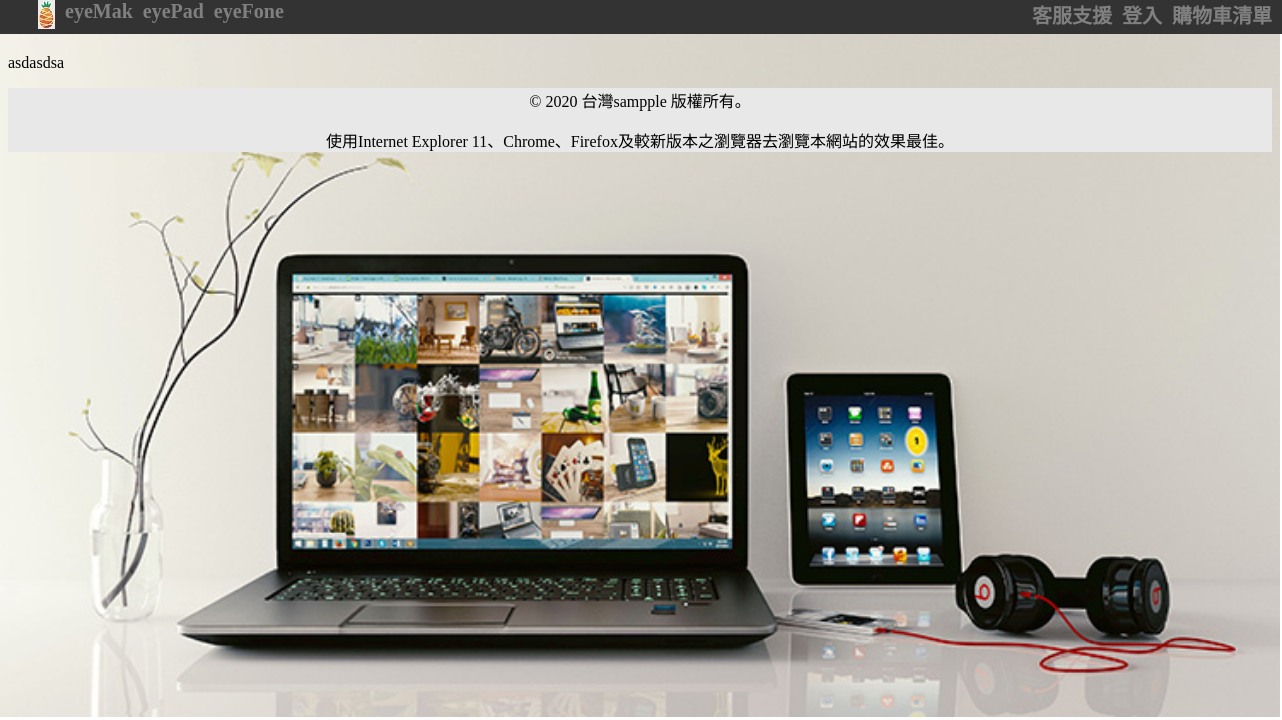
Repository: Vincent4142/NewFinalProject
Page: http://localhost/FinalProject/
The author's editor kept a copy of each file at every save. The page is drawn from the files as they stood at one save, then again after the next save.
The browser window is 1280 px wide. The page is 1282 px wide, so the pictures cover 1282 px, including what lies to the right of the window. The pictures show the whole page.
The page is served by Tomcat 9. Other server files are loaded and not shown.

Above is the page before, as saved 2020-04-09 06:06:54.

### FinalProject/WebContent/index.jsp
<%@ page language="java" contentType="text/html; charset=UTF-8"
	pageEncoding="UTF-8"%>

<!DOCTYPE html>
<html>
<head>
<meta charset="UTF-8">
<title>index</title>
<style type="text/css">
body {
	background-image: url(img/indexbackground.jpg);
	background-repeat: no-repeat;
	background-size: cover;
}


</style>
</head>
<body>

	<%@ include file="fragment/indexTOP.jsp"%>


	asdasdsa




	<%@ include file="fragment/indexBOTTOM.jsp"%>
</body>
</html>

### FinalProject/WebContent/fragment/indexTOP.jsp
<%@ page language="java" contentType="text/html; charset=UTF-8"
	pageEncoding="UTF-8"%>
<!DOCTYPE html>
<html>
<head>
<meta charset="UTF-8">
<title>indexTOP</title>

<style type="text/css">
.nav {
	margin-top: -20px;
	margin-left: -10px;
	margin-right: -10px;
	background-color: black;
}
/* 主UL */
.navul {
	background: rgba(255, 255, 255, 0.2);
	list-style-type: none;
	font-weight: bolder;
	font-size: 20px;
	overflow: auto;
}

.navul li {
	border-radius: 5px;
	margin-left: 0px;
	margin-right: 10px;
	float: left;
	display: block;
	position: static;
}

.navul li a {
	text-decoration: none;
	color: gray;
}

.navul li a:hover {
	color: white;
}

#navright {
	float: right;
}
</style>

</head>
<body>

	<nav class="nav" style="text-align: center;">

		<ul class="navul">
			<li><a href="index.jsp"><img alt="logo" src="img/pineapple.jpg"></a></li>
			<li><a href="eyeMakPage.jsp">eyeMak</a></li>
			<li><a href="eyePadPage.jsp">eyePad</a></li>
			<li><a href="eyeFonePage.jsp">eyeFone</a></li>

			<div id="navright">
				<li><a href="customerServicePage.jsp">客服支援</a></li>
				<li><a href="LoginPage.jsp">登入</a></li>
				<li><a href="shoppingcartPage.jsp">購物車清單</a></li>
			</div>
		</ul>

	</nav>

</body>
</html>

### FinalProject/WebContent/fragment/indexBOTTOM.jsp
<%@ page language="java" contentType="text/html; charset=UTF-8"
    pageEncoding="UTF-8"%>
<!DOCTYPE html>
<html>
<head>
<meta charset="UTF-8">
<title>indexBOTTOM</title>

<style type="text/css">

	#bottom{
		background-color:#E8E8E8;
		text-align: center;

	}

</style>

</head>
<body>
	<div id="bottom">
		<p>© 2020 台灣sampple 版權所有。</p>

		<p>使用Internet Explorer 11、Chrome、Firefox及較新版本之瀏覽器去瀏覽本網站的效果最佳。</p>
	</div>
</body>
</html>

After the next save:
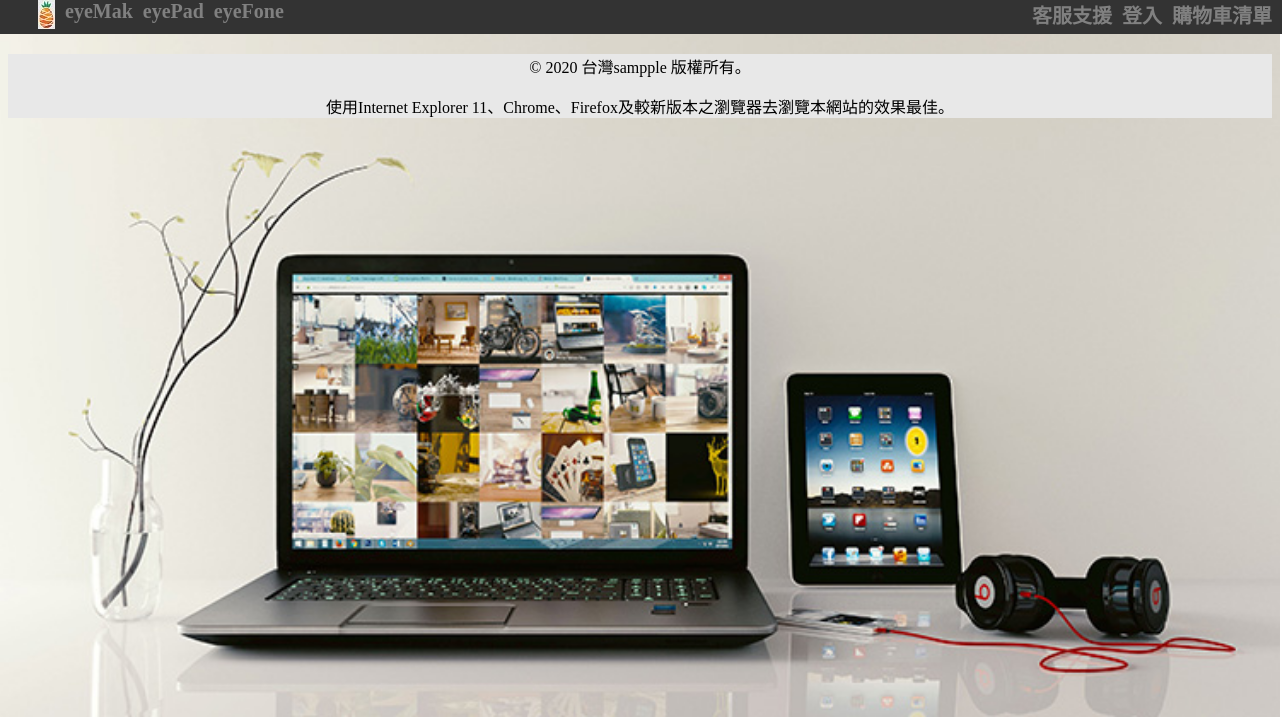
Saved 95 s later.
--- a/FinalProject/WebContent/index.jsp
+++ b/FinalProject/WebContent/index.jsp
@@ -21,7 +21,7 @@
 	<%@ include file="fragment/indexTOP.jsp"%>
 
 
-	asdasdsa
+
 
 
 
